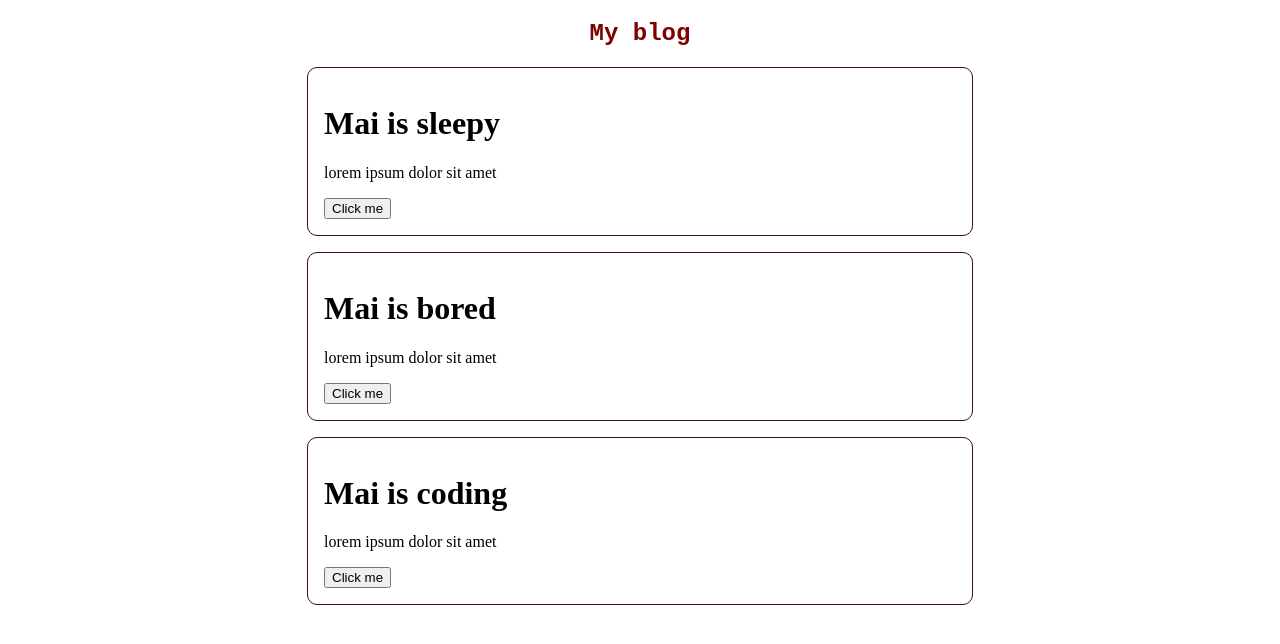
Repository: MaiCrespo/BlogEntry
Page: /
These files come from the project's save history. The page is drawn as it stood at one moment and after the next save; the edit follows.
The browser window is 1280 px wide. The pictures show the whole page.
The project was rebuilt for these pictures with package versions that can differ from the ones it lists, and the page was loaded fresh each time. Also part of the build but not shown: vite.config.js.

Above is the page before, as saved 2025-09-10 14:06:14.

### index.html
<!DOCTYPE html>
<html lang="en">
  <head>
    <meta charset="UTF-8" />
    <link rel="icon" type="image/png+xml" href="/FaviconWilbur.png" />
    <meta name="viewport" content="width=device-width, initial-scale=1.0" />
    <title>Mai yahoo</title>
  </head>
  <body>
    <div id="root"></div>
    <script type="module" src="/src/main.jsx"></script>
  </body>
</html>

### src/index.css
h2 {
  color: maroon;
  text-align: center;
  font-family: "Courier New", Courier, monospace;
}
.entry {
  margin: 1em auto;
  width: 50%;
  border: 1px solid rgb(57, 18, 18);
  border-radius: 10px;
  padding: 1em;
}

### src/App.jsx
import BlogEntry from "./BlogEntry.jsx";
function App() {
  return (
    <div>
      <h2>My blog</h2>
      <BlogEntry title="Mai is sleepy" summary="lorem ipsum dolor sit amet" />
      <BlogEntry title="Mai is bored" summary="lorem ipsum dolor sit amet" />
      <BlogEntry title="Mai is coding" summary="lorem ipsum dolor sit amet" />
    </div>
  );
}

export default App;

### src/BlogEntry.jsx
function BlogEntry(props) {
  const buttonLabel = "Click me";
  return (
    <div className="entry">
      <h1>{props.title}</h1>
      <p>{props.summary}</p>
      <button>{buttonLabel}</button>
    </div>
  );
}
export default BlogEntry;

Loaded but not shown: src/main.jsx (common file)

After the next save:
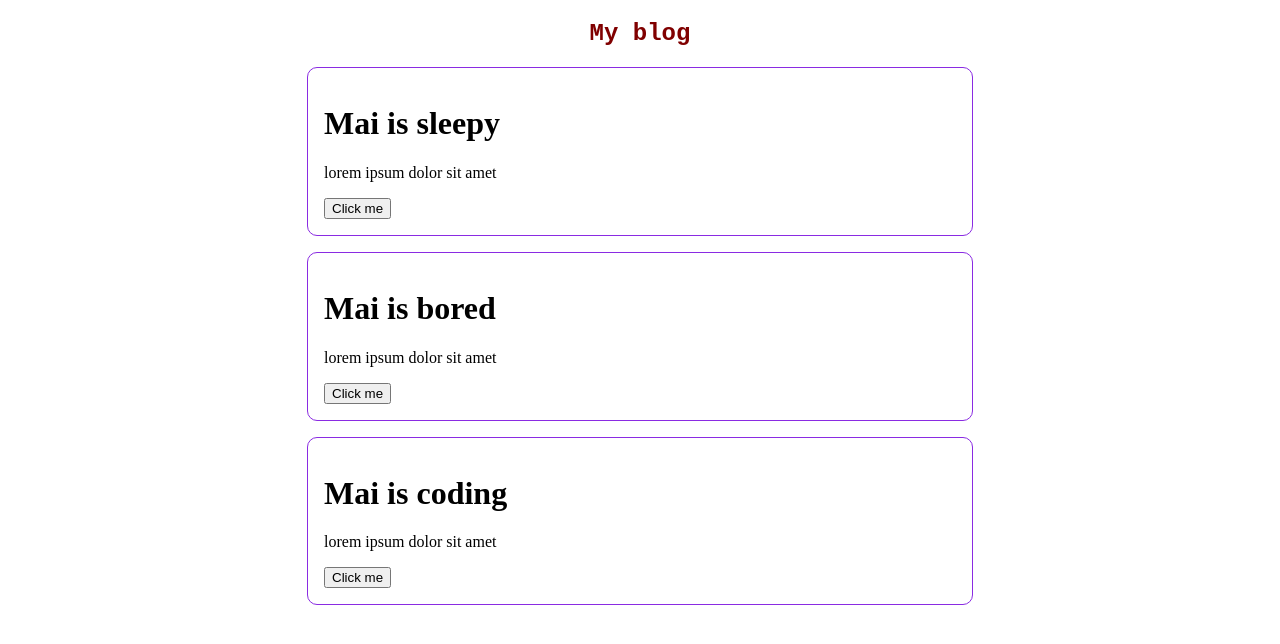
Saved 18 s later.
--- a/src/index.css
+++ b/src/index.css
@@ -6,7 +6,7 @@ h2 {
 .entry {
   margin: 1em auto;
   width: 50%;
-  border: 1px solid rgb(57, 18, 18);
+  border: 1px solid blueviolet;
   border-radius: 10px;
   padding: 1em;
 }
